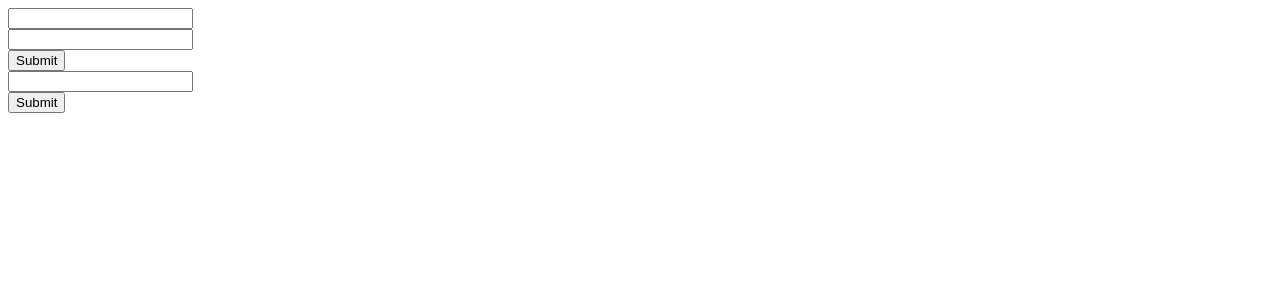
Repository: pprimozz/Java-EE
Page: http://localhost/bootjpa/home.jsp
The author's editor kept a copy of each file at every save. The page is drawn from the files as they stood at one save, then again after the next save.
The browser window is 1280 px wide. The pictures show the whole page.
The page is served by Tomcat 9.

Above is the page before, as saved 2018-11-26 20:44:03.

After the next save:
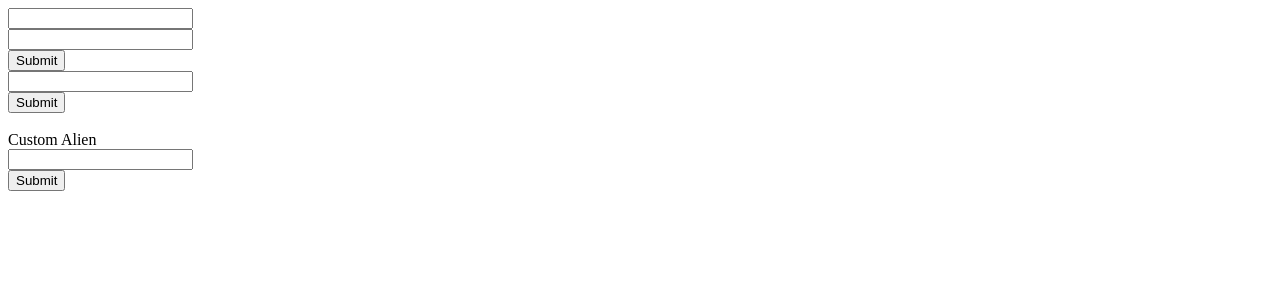
Saved 5 min 38 s later.
--- a/Java Frameworks/Springboot/bootjpa/src/main/webapp/home.jsp
+++ b/Java Frameworks/Springboot/bootjpa/src/main/webapp/home.jsp
@@ -18,7 +18,11 @@
 		<form action="getAlien">
 			<input type="text" name="aid"><br>
 			<input type="submit"><br>
+		</form> <br>
+		Custom Alien
+		<form action="getAlien">
+			<input type="text" name="aid"><br>
+			<input type="submit"><br>
 		</form>
-
 </body>
 </html>
